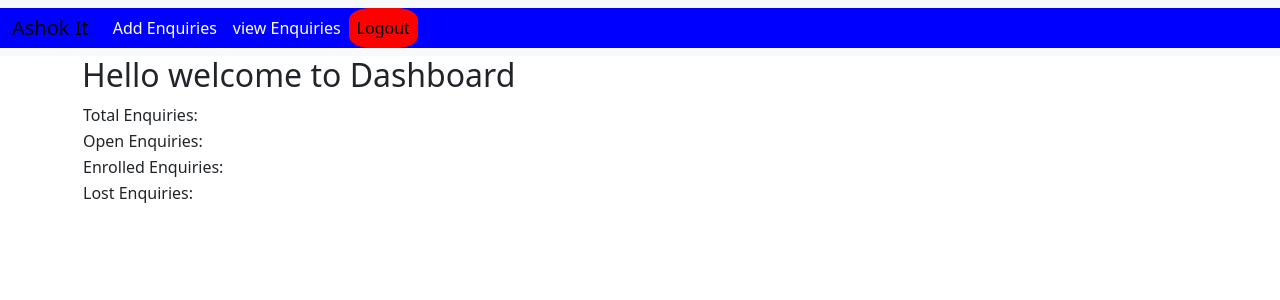
Repository: dibyajyotipanigrahi/Mini-Projects
Page: http://localhost/dashboard
These files come from the project's save history. The page is drawn as it stood at one moment and after the next save; the edit follows.
The browser window is 1280 px wide. The pictures show the whole page.
The page is this project's Thymeleaf template; nobody is signed in. The template is opened directly, without the code that normally fills it, so the values that code supplies are empty.

Above is the page before, as saved 2024-04-25 19:16:29.

After the next save:
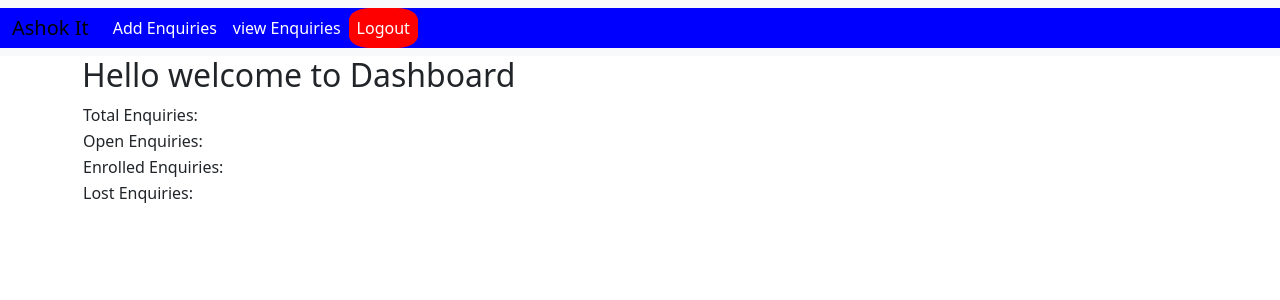
Saved 29 s later.
--- a/01-Councellors-Application/src/main/resources/templates/dashboard.html
+++ b/01-Councellors-Application/src/main/resources/templates/dashboard.html
@@ -35,7 +35,7 @@
 						<a class="nav-link" href="enquiries">view Enquiries</a>
 					</li>
 					<li class="nav-item">
-						<a class="nav-link" href="logout" style="color: black;background-color: red;border-radius: 30%;">Logout</a>
+						<a class="nav-link" href="logout" style="background-color: red;border-radius: 30%;">Logout</a>
 					</li>
 
 				</ul>
